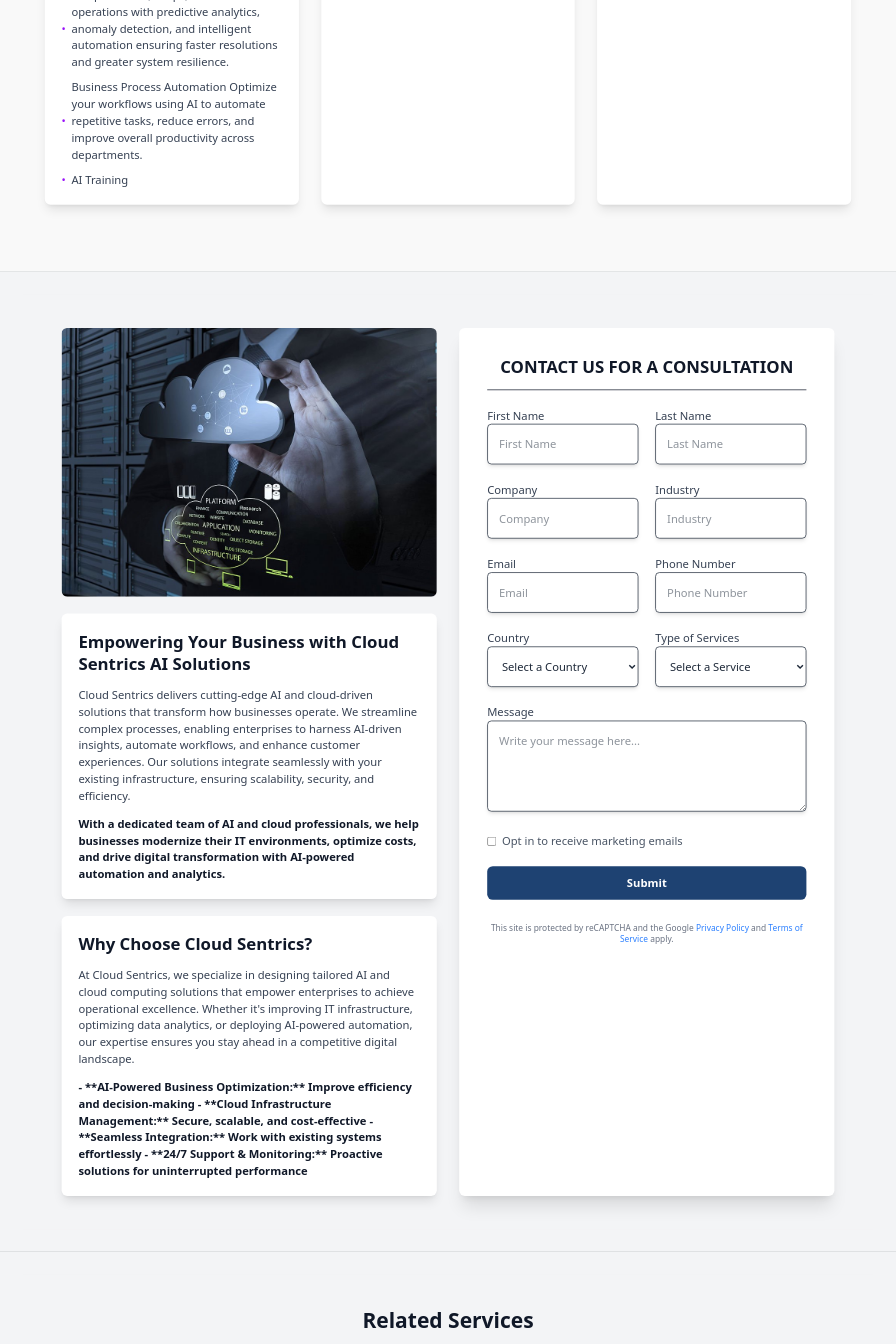
Repository: chykesure/cloudsentrics_
Page: /ai
The author's editor kept a copy of each file at every save. The page is drawn from the files as they stood at one save, then again after a run of saves.
The browser window is 1280 px wide. The pictures show the part of the page from y = 1699 to 3619 px (the page is 4424 px tall before and 4520 px after), at 70% of full size.
The page's requests for data from a server got no answer. The project was rebuilt for these pictures with package versions that can differ from the ones it lists, and the page was loaded fresh each time. No one was signed in, and anything a server would have sent is missing. Also part of the build but not shown: vite.config.js, src/pages/Header.jsx, src/pages/Footer.jsx, src/pages/students/Reviews.jsx, src/pages/students/Testimony.jsx, src/pages/students/TestimonyLanding.jsx, src/pages/LandingPage.jsx, src/pages/students/Header.jsx and 41 more.

Above is the page before, as saved 2025-04-09 20:17:39.

After the next 2 saves:
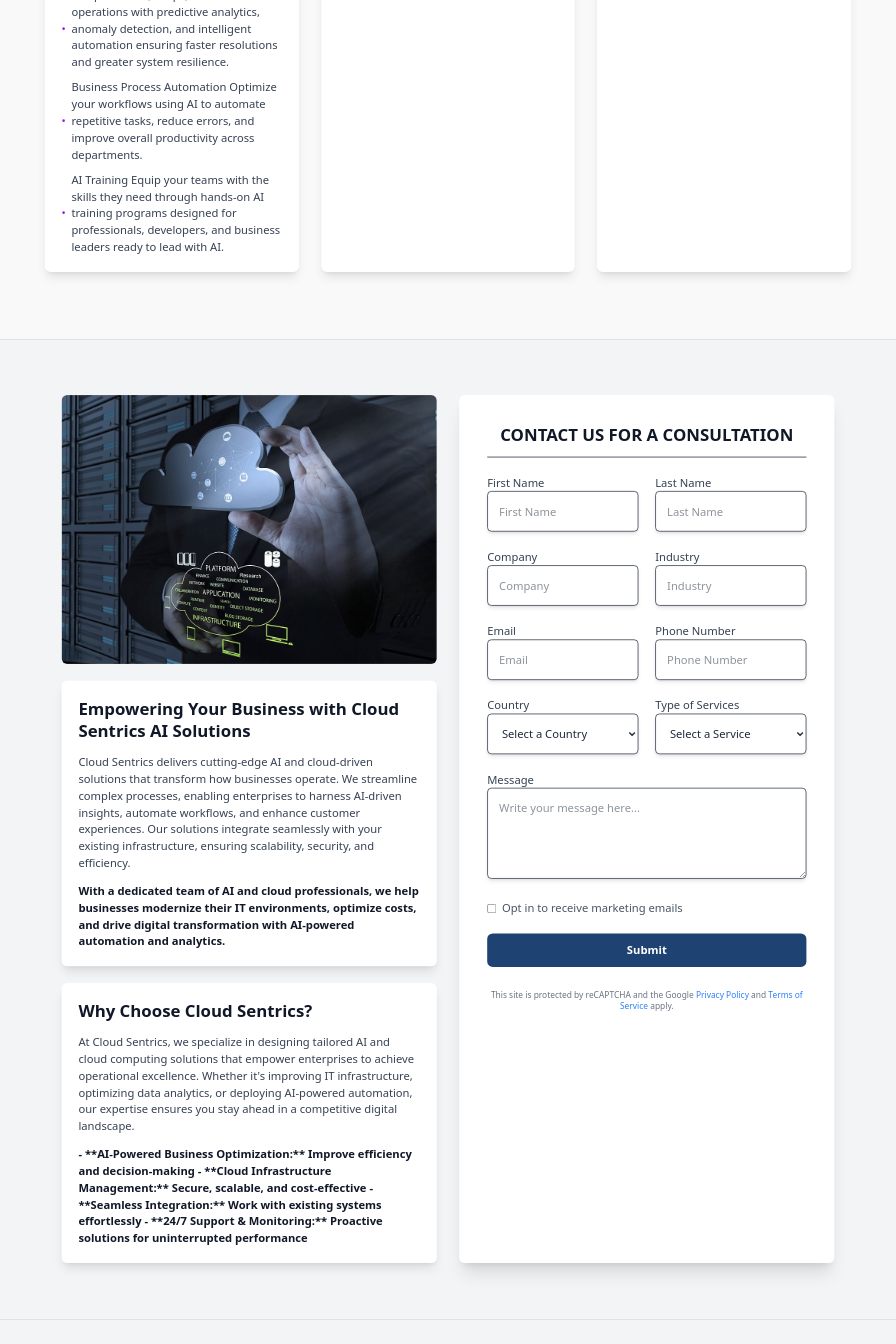
The 2 saves are shown as one change because they came seconds apart.
The last was saved 16 s later.
--- a/src/pages/partners/menu/ai.jsx
+++ b/src/pages/partners/menu/ai.jsx
@@ -122,7 +122,7 @@
                                     "Conversational AI Enhance customer engagement with intelligent, human-like virtual assistants that scale across platforms integrated with your cloud environment for 24/7 efficiency.",
                                     "AI Operations (AI Ops) Revolutionize IT operations with predictive analytics, anomaly detection, and intelligent automation ensuring faster resolutions and greater system resilience.",
                                     "Business Process Automation Optimize your workflows using AI to automate repetitive tasks, reduce errors, and improve overall productivity across departments.",
-                                    "AI Training"
+                                    "AI Training Equip your teams with the skills they need through hands-on AI training programs designed for professionals, developers, and business leaders ready to lead with AI."
                                 ].map((service, index) => (
                                     <li key={index} className="flex items-center space-x-2">
                                         <span className="text-purple-600">•</span>
